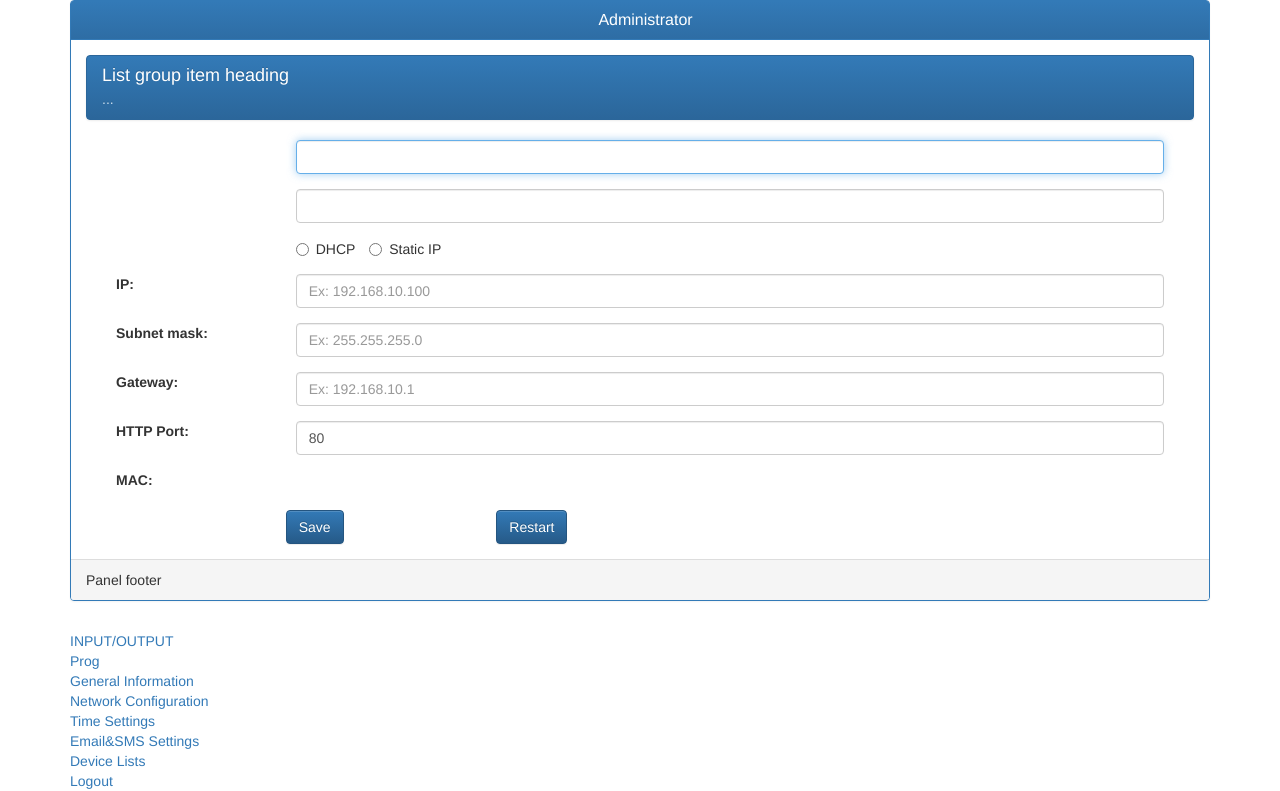
Repository: binhpham1909/EclipseCpp
Page: SwitchControler_v1/HTMLSource/admin.html
These files come from the project's save history. The page is drawn as it stood at one moment and after the next save; the edit follows.
The browser window is 1280 px wide. The pictures show the whole page.
The page's requests for data from a server got no answer.

Above is the page before, as saved 2017-02-09 08:57:11.

### SwitchControler_v1/HTMLSource/admin.html
<!DOCTYPE html>
<html lang="en">
<head>
<meta charset="utf-8">
<title>Administration</title>
<meta name="description" content="">
<meta name="author" content="Anh Nguyen Tuan">
<meta name="viewport" content="width=device-width, initial-scale=1">
<link rel="icon" type="image/png" href="/favicon.png">
<link rel="stylesheet" href="css/bootstrap.min.css">
<script src="js/jquery.min.js"></script>
<link rel="stylesheet" href="css/main.css">
</head>
<body>
<div class="container">
	<div class="panel panel-primary">
		<div class="panel-heading">
			<div class="input-group">
				<div class="input-group-btn"></div>
				<div class="input-group-btn">
					<h3 class="panel-title" id="lbNetworkSettings">Administrator</h3>
				</div>
			</div>
		</div>
		<div class="panel-body">
			<div class="list-group">
			<a href="#" class="list-group-item active">
			<h4 class="list-group-item-heading">List group item heading</h4>
			<p class="list-group-item-text">...</p>
			</a>
			</div>
			<form name="networkSetting" id="networkSetting">
				<div class="form-group col-sm-12">
					<label for="ssid" id="lbSSID" class="col-sm-2 control-label"></label>
					<div class="col-sm-10">
						<input type="text" class="form-control" name="ssid" id="ssid" maxlength="31" autofocus/>
					</div>
				</div>
				<div class="form-group col-sm-12">
					<label for="wifiPassword" id="lbWifiPassword" class="col-sm-2 control-label"></label>
					<div class="col-sm-10">
						<input type="password" class="form-control" name="wifiPassword" id="wifiPassword" maxlength="31"/>
					</div>
				</div>
				<div class="form-group col-sm-12">
					<div class="col-sm-offset-2 col-sm-10">
						<label class="radio-inline">
							<input type="radio" name="dhcp" id="dhcp" value="true"> DHCP
						</label>
						<label class="radio-inline">
							<input type="radio" name="dhcp" id="fixed" value="false">Static IP
						</label>
					</div>
				</div>
				<div class="form-group col-sm-12">
					<label for="ip" class="col-sm-2 control-label">IP:</label>
					<div class="col-sm-10">
						<input type="text" class="form-control" name="ip" id="ip" placeholder="Ex: 192.168.10.100" maxlength="15"/>
					</div>
				</div>
				<div class="form-group col-sm-12">
					<label for="mask" class="col-sm-2 control-label">Subnet mask:</label>
					<div class="col-sm-10">
						<input type="text" class="form-control" name="mask" id="mask" placeholder="Ex: 255.255.255.0" maxlength="15"/>
					</div>
				</div>
				<div class="form-group col-sm-12">
					<label for="gw" class="col-sm-2 control-label">Gateway:</label>
					<div class="col-sm-10">
						<input type="text" class="form-control" name="gw" id="gw" placeholder="Ex: 192.168.10.1" maxlength="15"/>
					</div>
				</div>
				<div class="form-group col-sm-12">
					<label for="port" class="col-sm-2 control-label">HTTP Port:</label>
					<div class="col-sm-10">
						<input type="number" class="form-control" name="port" id="port" placeholder="80" min="80" max="65535" value="80"/>
					</div>
				</div>
				<div class="form-group col-sm-12">
					<label for="mac" class="col-sm-2 control-label">MAC:</label>
					<div class="col-sm-10">
						<span id="mac" name="mac">&nbsp;</span>
					</div>
				</div>
				<div class="form-group">
					<div class="col-sm-offset-2 col-sm-10">
						<div class="errorMessage" id="errorMsg"></div>
						<div class="infoMessage" id="infoMsg"></div>
						<button class="btn btn-primary" id="btn-networkSetting">Save</button>
						<input class="col-xs-offset-2 btn btn-primary" type="button" value="Restart" id="reboot" name="reboot">
					</div>
				</div>
			</form>
		</div>
		<div class="panel-footer">
		Panel footer
		</div>
	</div>
</div>
<div class="container">
	<div class="eleven twelve"><h5 id="deviceName" style="text-align: center;"> </h5></div>
	<div><a class="button button-primary buttonWidth" href="gpio.html">INPUT/OUTPUT</a></div>
	<div><a class="button button-primary buttonWidth" href="prog.html">Prog</a></div>
	<div><a class="button button-primary buttonWidth" href="general.html">General Information</a></div>
	<div><a class="button button-primary buttonWidth" href="network.html">Network Configuration</a></div>
	<div><a class="button button-primary buttonWidth" href="time.html">Time Settings</a></div>
	<div><a class="button button-primary buttonWidth" href="email.html">Email&amp;SMS Settings</a></div>
	<div><a class="button button-primary buttonWidth" href="device.html">Device Lists</a></div>
	<div><a class="button button-primary buttonWidth" href="logout">Logout</a></div>
<script>
$(function() {
	$.getJSON("/getdeviceinfo", function(obj) {
		try {
			$("#deviceName").html(obj["name"]);
		} catch (err) {
		}
	});
});
</script>
</div>
</body>
</html>

### SwitchControler_v1/HTMLSource/css/main.css
html, body, .container-table {
    height: 100%;
}
.container-table {
    display: table;
}
.vertical-center-row {
    display: table-cell;
    vertical-align: middle;
}

.onoffswitch {
    position: relative; width: 110px;
    -webkit-user-select:none; -moz-user-select:none; -ms-user-select: none;
}

.onoffswitch-checkbox {
    display: none;
}

.onoffswitch-label {
    display: block; overflow: hidden; cursor: pointer;
    border: 2px solid #999999; border-radius: 20px;
}

.onoffswitch-inner {
    display: block; width: 200%; margin-left: -100%;
    transition: margin 0.3s ease-in 0s;
}

.onoffswitch-inner:before, .onoffswitch-inner:after {
    display: block; float: left; width: 50%; height: 30px; padding: 0; line-height: 30px;
    font-size: 14px; color: white; font-family: Trebuchet, Arial, sans-serif; font-weight: bold;
    box-sizing: border-box;
}

.onoffswitch-inner:before {
    content: "ON";
    padding-left: 10px;
    background-color: #34A7C1; color: #FFFFFF;
}

.onoff1switch-inner:before {
    content: "ON";
    padding-left: 10px;
    background-color: #E80F0F; color: #FFFFFF;
}


.onoffswitch-inner:after {
    content: "OFF";
    padding-right: 10px;
    background-color: #EEEEEE; color: #999999;
    text-align: right;
}
.alarmDisarm:before{
	content: "Alarm";
}
.alarmDisarm:after{
	content: "Disarm";
}
.armedDisarmed:before{
	content: "Armed";
}
.armedDisarmed:after{
	content: "Disarmed";
}
.openClose:before{
	content: "Open";
}
.openClose:after{
	content: "Closed";
}
.redBgrd-inner:before{
	 background-color: #FF0000;
}
.redBgrd-inner:after{
	 background-color: #EEEEEE;
}
.okLowBatt:before{
	content: "OK";
	background-color: #04ff00;
}
.okLowBatt:after{
	content: "Low BATT";
	background-color: #ffee00;
}
.onoffswitch-switch {
    display: block; width: 18px; margin: 6px;
    background: #FFFFFF;
    position: absolute; top: 0; bottom: 0;
    right: 76px;
    border: 2px solid #999999; border-radius: 20px;
    transition: all 0.3s ease-in 0s;
}

.onoffswitch-checkbox:checked + .onoffswitch-label .onoffswitch-inner {
    margin-left: 0;
}

.onoffswitch-checkbox:checked + .onoffswitch-label .onoffswitch-switch {
    right: 0px;
}

.onoffswitch-checkbox:disabled + .onoffswitch-label .onoffswitch-switch {
	display: none;
	transition: all 0s ease-in 0s;
    -webkit-transition: none;
    transition: none;
}
fieldset.withBorder {
	border-width: 1px;
	padding-left: 10px;
	padding-right: 10px;
	padding-bottom: 10px;
}
legend.withBorder {
	padding-left: 5px;
	padding-right: 5px;
	font-size: 110%;
	color: #222;
}
.buttonWidth {
	width: 100%;
}
.backButton {
	width: 40px;
	padding: 0px;
	border: 0px;
}
.titleBar {
	font-weight: 300;
	font-size: 1.8rem;
	letter-spacing: -.05rem;
	padding-left: 8px;
}
.errorMessage {
	color: #ff0000;
	display: none;
	padding: 0;
	margin-top: 0;
}
.infoMessage {
	color: #006600;
	display: none;
	padding: 0;
	margin-top: 0;
}
.press{
	width:80px;
	height:80px;
	border-radius: 50%;
	line-height: 80px;
	box-sizing: border-box;
	padding: 0px;
}

Loaded but not shown: SwitchControler_v1/HTMLSource/css/bootstrap.min.css (library); SwitchControler_v1/HTMLSource/js/jquery.min.js (library)

After the next save:
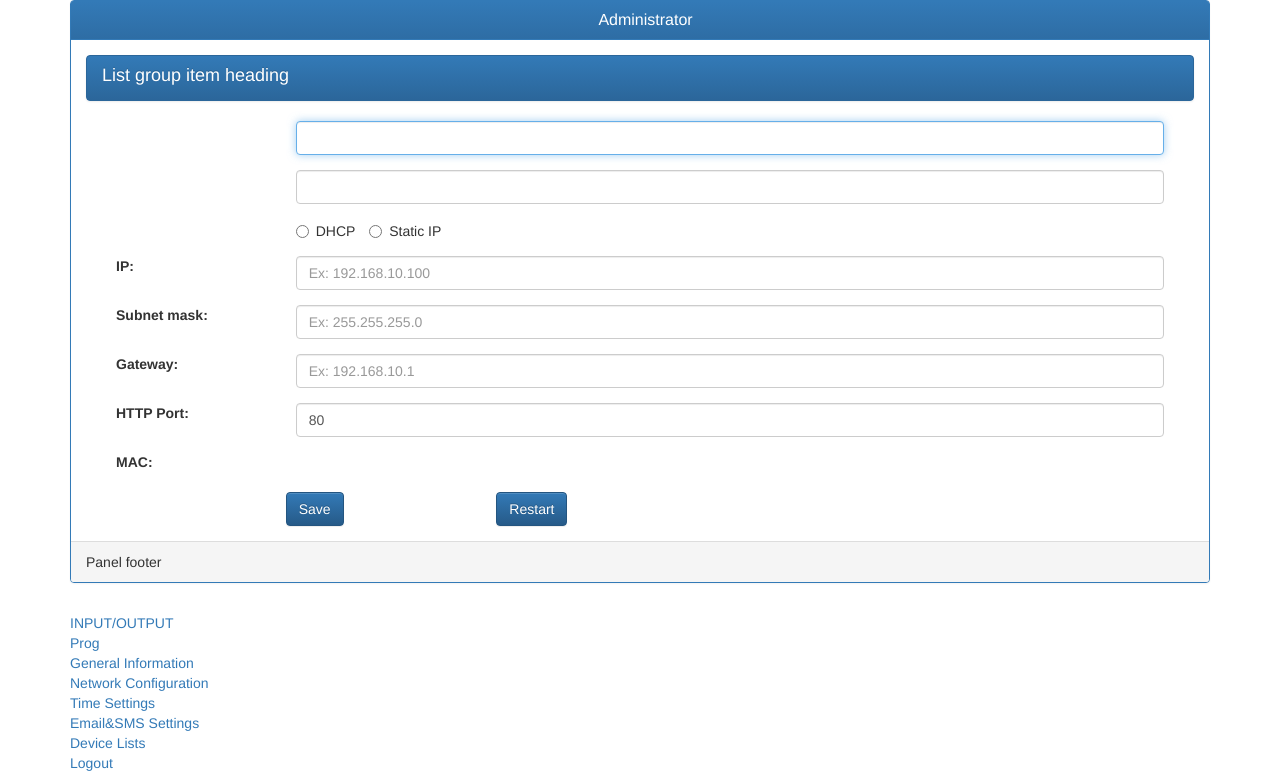
Saved 31 s later.
--- a/SwitchControler_v1/HTMLSource/admin.html
+++ b/SwitchControler_v1/HTMLSource/admin.html
@@ -26,7 +26,6 @@
 			<div class="list-group">
 			<a href="#" class="list-group-item active">
 			<h4 class="list-group-item-heading">List group item heading</h4>
-			<p class="list-group-item-text">...</p>
 			</a>
 			</div>
 			<form name="networkSetting" id="networkSetting">
